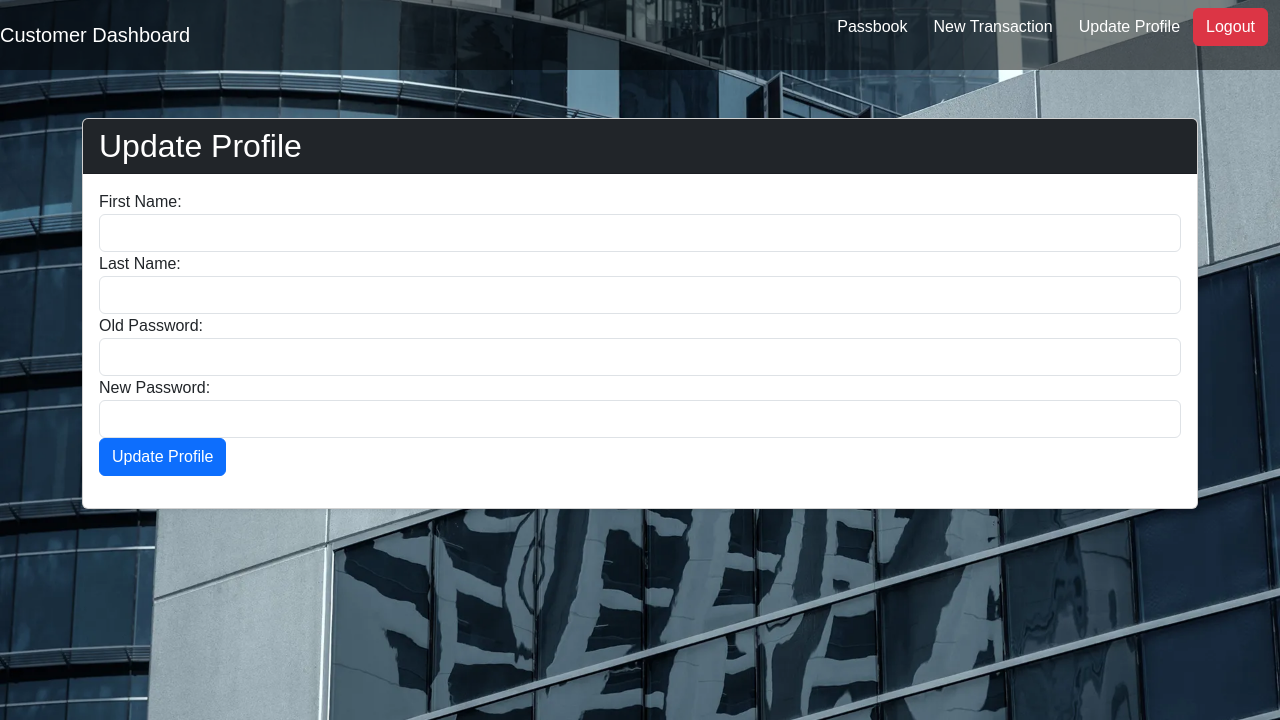
Repository: prathamsuhasia/swabhav-mini-project
Page: http://localhost/01-mini-project/UpdateProfile.jsp
The author's editor kept a copy of each file at every save. The page is drawn from the files as they stood at one save, then again after the next save.
The browser window is 1280 px wide. The pictures show the whole page.
The page is served by Tomcat 9. The session is filled in as if someone had signed in: {"username": "testuser", "admin": "admin", "customer": "customer", "customerID": 1, "firstName": "Test User", "lastName": "Test User", "createdAt": 1, "accountNumbers": 1}.

Above is the page before, as saved 2024-08-16 04:27:44.

After the next save:
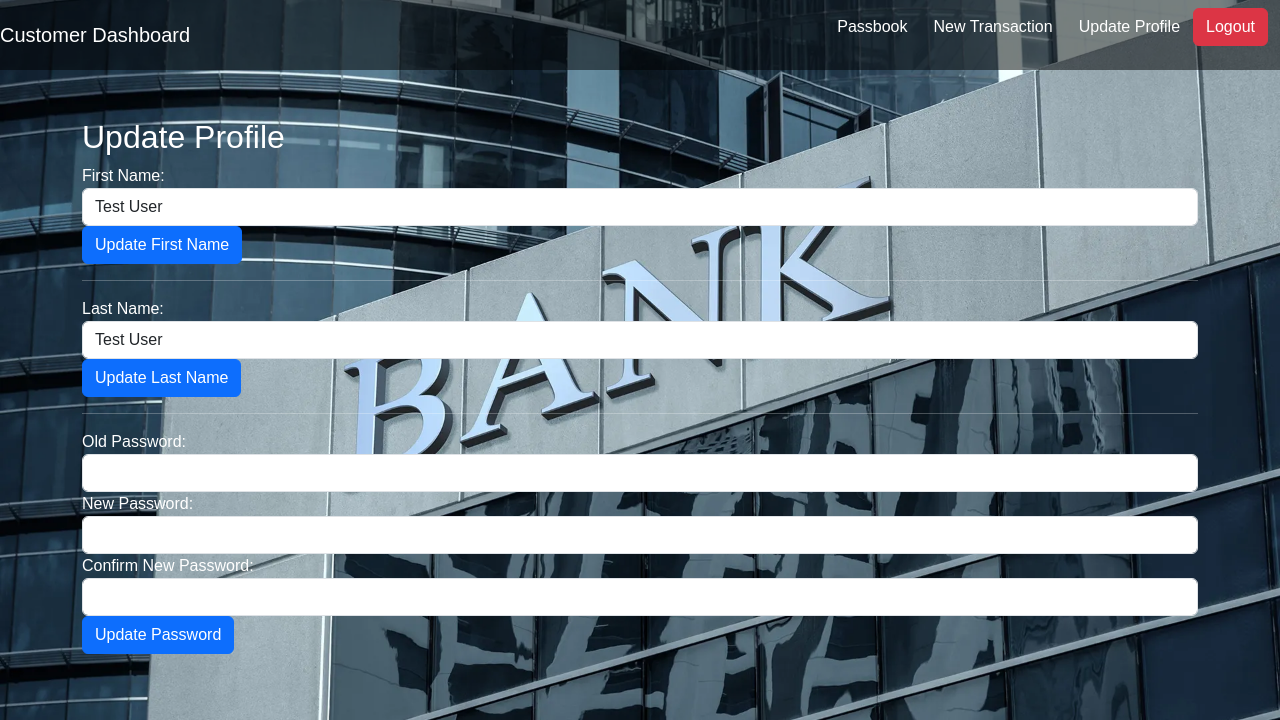
Saved 11 min 42 s later.
--- a/01-mini-project/WebContent/UpdateProfile.jsp
+++ b/01-mini-project/WebContent/UpdateProfile.jsp
@@ -90,33 +90,50 @@ body {
 </head>
 <body>
     <div class="container mt-5">
-        <div class="card shadow-sm">
-            <div class="card-header bg-dark text-white">
-                <h2 class="mb-0">Update Profile</h2>
-            </div>
-            <div class="card-body">
-                <form action="CustomerController" method="post">
-                    <div class="form-group">
-                        <label for="firstName">First Name:</label>
-                        <input type="text" id="firstName" name="firstName" class="form-control" value="${user.firstName}" required>
-                    </div>
-                    <div class="form-group">
-                        <label for="lastName">Last Name:</label>
-                        <input type="text" id="lastName" name="lastName" class="form-control" value="${user.lastName}" required>
-                    </div>
-                    <div class="form-group">
-                        <label for="oldPassword">Old Password:</label>
-                        <input type="password" id="oldPassword" name="oldPassword" class="form-control" required>
-                    </div>
-                    <div class="form-group">
-                        <label for="newPassword">New Password:</label>
-                        <input type="password" id="newPassword" name="newPassword" class="form-control" required>
-                    </div>
-                    <button type="submit" name="action" value="UpdateProfile" class="btn btn-primary">Update Profile</button>
-                </form>
-            </div>
+    <h2>Update Profile</h2>
+
+    <!-- Form to update first name -->
+    <form action="CustomerController" method="post">
+        <div class="form-group">
+            <label for="firstName">First Name:</label>
+            <input type="text" class="form-control" id="firstName" name="firstName"
+                   value="${sessionScope.firstName}" required>
         </div>
-    </div>
+        <button type="submit" name="action" value="UpdateFirstName" class="btn btn-primary">Update First Name</button>
+    </form>
+
+    <hr/>
+
+    <!-- Form to update last name -->
+    <form action="CustomerController" method="post">
+        <div class="form-group">
+            <label for="lastName">Last Name:</label>
+            <input type="text" class="form-control" id="lastName" name="lastName"
+                   value="${sessionScope.lastName}" required>
+        </div>
+        <button type="submit" name="action" value="UpdateLastName" class="btn btn-primary">Update Last Name</button>
+    </form>
+
+    <hr/>
+
+    <!-- Form to update password -->
+    <form action="CustomerController" method="post">
+        <div class="form-group">
+            <label for="oldPassword">Old Password:</label>
+            <input type="password" class="form-control" id="oldPassword" name="oldPassword" required>
+        </div>
+        <div class="form-group">
+            <label for="newPassword">New Password:</label>
+            <input type="password" class="form-control" id="newPassword" name="newPassword" required>
+        </div>
+        <div class="form-group">
+            <label for="confirmNewPassword">Confirm New Password:</label>
+            <input type="password" class="form-control" id="confirmNewPassword" name="confirmNewPassword" required>
+        </div>
+        <button type="submit" name="action" value="UpdatePassword" class="btn btn-primary">Update Password</button>
+    </form>
+</div>
+
 
     <!-- Bootstrap JavaScript and dependencies -->
     <script src="https://code.jquery.com/jquery-3.5.1.slim.min.js"></script>
